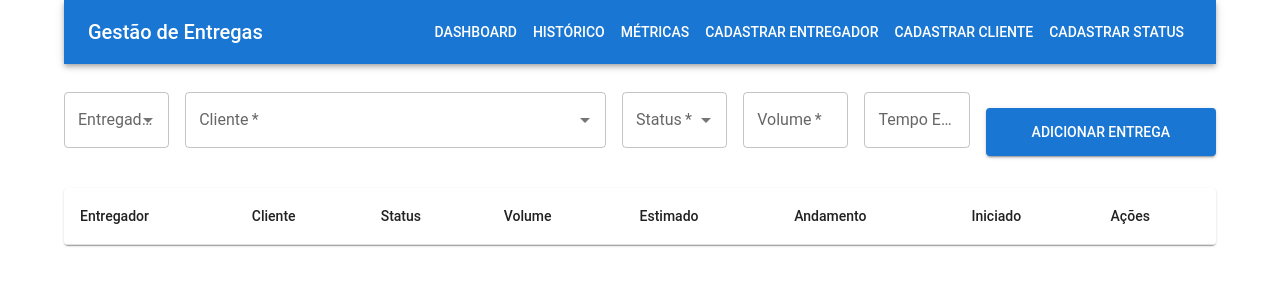
Repository: feliperanon/mobilegestao
Page: /dashboard (app in frontend/)
An editor plug-in stored every save of this project. The page is shown before and after the next save, followed by the edit.
The browser window is 1280 px wide. The pictures show the whole page.
The page's requests for data from a server got no answer. The project was rebuilt for these pictures with package versions that can differ from the ones it lists, and the page was loaded fresh each time. No one was signed in, and anything a server would have sent is missing. Also part of the build but not shown: frontend/webpack.config.js, frontend/src/pages/Home.js, frontend/src/pages/History.js, frontend/src/pages/Analysis.js, frontend/src/components/Login.js, frontend/src/components/Register.js, frontend/src/components/AddEntregador.js, frontend/src/components/AddCliente.js and 2 more.

Above is the page before, as saved 2024-07-20 20:27:29.

### frontend/public/index.html
<!-- frontend/public/index.html -->

<!DOCTYPE html>
<html lang="en">
<head>
    <meta charset="UTF-8">
    <meta name="viewport" content="width=device-width, initial-scale=1.0">
    <title>Mobile Gestão</title>
</head>
<body>
    <div id="root"></div>
</body>
</html>

### frontend/src/index.js
import React from 'react';
import { createRoot } from 'react-dom/client';
import { BrowserRouter as Router, Route, Routes } from 'react-router-dom';
import { ThemeProvider, createTheme } from '@mui/material/styles';
import CssBaseline from '@mui/material/CssBaseline';
import Home from './pages/Home';
import History from './pages/History';
import Analysis from './pages/Analysis';
import Dashboard from './components/Dashboard';
import Login from './components/Login';
import Register from './components/Register';
import AddEntregador from './components/AddEntregador';
import AddCliente from './components/AddCliente';
import AddStatus from './components/AddStatus';
import Metrics from './components/Metrics';

const theme = createTheme({
  palette: {
    primary: {
      main: '#1976d2',
    },
    secondary: {
      main: '#dc004e',
    },
  },
  typography: {
    fontFamily: 'Roboto, Arial, sans-serif',
  },
});

const container = document.getElementById('root');
const root = createRoot(container);

root.render(
  <ThemeProvider theme={theme}>
    <CssBaseline />
    <Router>
      <Routes>
        <Route path="/" element={<Home />} />
        <Route path="/login" element={<Login />} />
        <Route path="/register" element={<Register />} />
        <Route path="/dashboard" element={<Dashboard />} />
        <Route path="/history" element={<History />} />
        <Route path="/analysis" element={<Analysis />} />
        <Route path="/metrics" element={<Metrics />} />
        <Route path="/add-entregador" element={<AddEntregador />} />
        <Route path="/add-cliente" element={<AddCliente />} />
        <Route path="/add-status" element={<AddStatus />} />
      </Routes>
    </Router>
  </ThemeProvider>
);

### frontend/src/components/Dashboard.js
import React, { useEffect, useState } from 'react';
import axios from 'axios';
import {
  Container,
  Typography,
  Box,
  Button,
  Table,
  TableBody,
  TableCell,
  TableContainer,
  TableHead,
  TableRow,
  Paper,
  IconButton,
  Dialog,
  DialogActions,
  DialogContent,
  DialogContentText,
  DialogTitle,
  TextField,
} from '@mui/material';
import Autocomplete from '@mui/material/Autocomplete';
import EditIcon from '@mui/icons-material/Edit';
import DeleteIcon from '@mui/icons-material/Delete';
import DoneIcon from '@mui/icons-material/Done';
import Navigation from './Navigation';

const Dashboard = () => {
  const [deliveries, setDeliveries] = useState([]);
  const [entregadores, setEntregadores] = useState([]);
  const [clientes, setClientes] = useState([]);
  const [statusList, setStatusList] = useState([]);
  const [entregador, setEntregador] = useState(null);
  const [cliente, setCliente] = useState(null);
  const [status, setStatus] = useState(null);
  const [volume, setVolume] = useState('');
  const [tempoEstimado, setTempoEstimado] = useState('');
  const [editDialogOpen, setEditDialogOpen] = useState(false);
  const [editDeliveryId, setEditDeliveryId] = useState(null);
  const [editEntregador, setEditEntregador] = useState(null);
  const [deleteDialogOpen, setDeleteDialogOpen] = useState(false);
  const [deleteDeliveryId, setDeleteDeliveryId] = useState(null);

  useEffect(() => {
    const fetchData = async () => {
      const deliveriesRes = await axios.get('http://localhost:5008/api/deliveries');
      const updatedDeliveries = deliveriesRes.data.map(delivery => ({
        ...delivery,
        tempoEmAndamento: Math.floor((Date.now() - new Date(delivery.iniciado)) / 60000)
      }));
      setDeliveries(updatedDeliveries);

      const entregadoresRes = await axios.get('http://localhost:5008/api/lists/entregadores');
      setEntregadores(entregadoresRes.data);

      const clientesRes = await axios.get('http://localhost:5008/api/lists/clientes');
      setClientes(clientesRes.data);

      const statusRes = await axios.get('http://localhost:5008/api/lists/status');
      setStatusList(statusRes.data);
    };

    fetchData();

    const intervalId = setInterval(() => {
      setDeliveries((prevDeliveries) =>
        prevDeliveries.map((delivery) => ({
          ...delivery,
          tempoEmAndamento: Math.floor((Date.now() - new Date(delivery.iniciado)) / 60000)
        }))
      );
    }, 60000);

    return () => clearInterval(intervalId);
  }, []);

  const handleSubmit = async (e) => {
    e.preventDefault();
    if (!entregador || !cliente || !status) {
      alert('Por favor, preencha todos os campos obrigatórios.');
      return;
    }
    try {
      const res = await axios.post('http://localhost:5008/api/deliveries', {
        entregador: entregador?.nome,
        cliente: cliente?.nome,
        status: status?.nome,
        volume,
        tempoEstimado,
      });
      setDeliveries([{
        ...res.data,
        tempoEmAndamento: 0
      }, ...deliveries]);
      setEntregador(null);
      setCliente(null);
      setStatus(null);
      setVolume('');
      setTempoEstimado('');
    } catch (err) {
      console.error(err);
    }
  };

  const handleEditSubmit = async (e) => {
    e.preventDefault();
    try {
      await axios.patch(`http://localhost:5008/api/deliveries/${editDeliveryId}`, { entregador: editEntregador?.nome });
      const updatedDeliveries = deliveries.map((delivery) =>
        delivery._id === editDeliveryId ? { ...delivery, entregador: editEntregador?.nome } : delivery
      );
      setDeliveries(updatedDeliveries);
      setEditDialogOpen(false);
      setEditDeliveryId(null);
      setEditEntregador(null);
    } catch (err) {
      console.error(err);
    }
  };

  const handleFinalize = async (id) => {
    try {
      await axios.patch(`http://localhost:5008/api/deliveries/${id}/finalize`);
      const updatedDeliveries = deliveries.filter((delivery) => delivery._id !== id);
      setDeliveries(updatedDeliveries);
    } catch (err) {
      console.error(err);
    }
  };

  const handleDelete = async (id) => {
    try {
      await axios.delete(`http://localhost:5008/api/deliveries/${id}`);
      const updatedDeliveries = deliveries.filter((delivery) => delivery._id !== id);
      setDeliveries(updatedDeliveries);
      closeDeleteDialog();
    } catch (err) {
      console.error(err);
    }
  };

  const openEditDialog = (id, currentEntregador) => {
    setEditDeliveryId(id);
    setEditEntregador({ nome: currentEntregador });
    setEditDialogOpen(true);
  };

  const openDeleteDialog = (id) => {
    setDeleteDeliveryId(id);
    setDeleteDialogOpen(true);
  };

  const closeEditDialog = () => {
    setEditDialogOpen(false);
    setEditDeliveryId(null);
    setEditEntregador(null);
  };

  const closeDeleteDialog = () => {
    setDeleteDialogOpen(false);
    setDeleteDeliveryId(null);
  };

  return (
    <Container>
      <Navigation />
      <Typography variant="h4" component="h1" gutterBottom>
              </Typography>
      <Box component="form" onSubmit={handleSubmit} sx={{ mb: 4, display: 'flex', flexDirection: 'row', flexWrap: 'wrap', gap: 2 }}>
        <Autocomplete
          options={entregadores}
          getOptionLabel={(option) => option.nome}
          value={entregador}
          onChange={(event, newValue) => setEntregador(newValue)}
          renderInput={(params) => <TextField {...params} label="Entregador" margin="normal" fullWidth required />}
          sx={{ flex: 1 }}
        />
        <Autocomplete
          options={clientes}
          getOptionLabel={(option) => option.nome}
          value={cliente}
          onChange={(event, newValue) => setCliente(newValue)}
          renderInput={(params) => <TextField {...params} label="Cliente" margin="normal" fullWidth required />}
          sx={{ flex: 4 }}
        />
        <Autocomplete
          options={statusList}
          getOptionLabel={(option) => option.nome}
          value={status}
          onChange={(event, newValue) => setStatus(newValue)}
          renderInput={(params) => <TextField {...params} label="Status" margin="normal" fullWidth required />}
          sx={{ flex: 1 }}
        />
        <TextField
          label="Volume"
          type="number"
          value={volume}
          onChange={(e) => setVolume(e.target.value)}
          fullWidth
          required
          margin="normal"
          sx={{ flex: 1 }}
        />
        <TextField
          label="Tempo Estimado (minutos)"
          type="number"
          value={tempoEstimado}
          onChange={(e) => setTempoEstimado(e.target.value)}
          fullWidth
          required
          margin="normal"
          sx={{ flex: 1 }}
        />
        <Button type="submit" variant="contained" color="primary" sx={{ mt: 4, flexBasis: '20%' }}>
          Adicionar Entrega
        </Button>
      </Box>
      <TableContainer component={Paper}>
        <Table>
          <TableHead>
            <TableRow>
              <TableCell>Entregador</TableCell>
              <TableCell>Cliente</TableCell>
              <TableCell>Status</TableCell>
              <TableCell>Volume</TableCell>
              <TableCell>Estimado</TableCell>
              <TableCell>Andamento</TableCell>
              <TableCell>Iniciado</TableCell>
              <TableCell>Ações</TableCell>
            </TableRow>
          </TableHead>
          <TableBody>
            {deliveries.map((delivery) => (
              <TableRow key={delivery._id}>
                <TableCell>{delivery.entregador}</TableCell>
                <TableCell>{delivery.cliente}</TableCell> {/* Tratamento como string */}
                <TableCell>{delivery.status}</TableCell>
                <TableCell>{delivery.volume}</TableCell>
                <TableCell>{delivery.tempoEstimado}</TableCell>
                <TableCell>{delivery.tempoEmAndamento}</TableCell>
                <TableCell>{new Date(delivery.iniciado).toLocaleString()}</TableCell>
                <TableCell>
                  <IconButton onClick={() => openEditDialog(delivery._id, delivery.entregador)}>
                    <EditIcon />
                  </IconButton>
                  <IconButton onClick={() => handleFinalize(delivery._id)}>
                    <DoneIcon />
                  </IconButton>
                  <IconButton onClick={() => openDeleteDialog(delivery._id)}>
                    <DeleteIcon />
                  </IconButton>
                </TableCell>
              </TableRow>
            ))}
          </TableBody>
        </Table>
      </TableContainer>

      <Dialog open={editDialogOpen} onClose={closeEditDialog}>
        <DialogTitle>Editar Entregador</DialogTitle>
        <DialogContent>
          <DialogContentText>Selecione um novo entregador para a entrega.</DialogContentText>
          <Autocomplete
            options={entregadores}
            getOptionLabel={(option) => option.nome}
            value={editEntregador}
            onChange={(event, newValue) => setEditEntregador(newValue)}
            renderInput={(params) => <TextField {...params} label="Entregador" margin="normal" fullWidth required />}
          />
        </DialogContent>
        <DialogActions>
          <Button onClick={closeEditDialog}>Cancelar</Button>
          <Button onClick={handleEditSubmit} color="primary">Salvar</Button>
        </DialogActions>
      </Dialog>

      <Dialog open={deleteDialogOpen} onClose={closeDeleteDialog}>
        <DialogTitle>Confirmar Exclusão</DialogTitle>
        <DialogContent>
          <DialogContentText>Tem certeza de que deseja excluir esta entrega?</DialogContentText>
        </DialogContent>
        <DialogActions>
          <Button onClick={closeDeleteDialog}>Cancelar</Button>
          <Button onClick={() => handleDelete(deleteDeliveryId)} color="primary">Excluir</Button>
        </DialogActions>
      </Dialog>
    </Container>
  );
};

export default Dashboard;

### frontend/src/components/Navigation.js
import React from 'react';
import { Link } from 'react-router-dom';
import { AppBar, Toolbar, Typography, Button } from '@mui/material';

const Navigation = () => {
  return (
    <AppBar position="static">
      <Toolbar>
        <Typography variant="h6" sx={{ flexGrow: 1 }}>
          Gestão de Entregas
        </Typography>
        <Button color="inherit" component={Link} to="/dashboard">Dashboard</Button>
        <Button color="inherit" component={Link} to="/history">Histórico</Button>
        <Button color="inherit" component={Link} to="/metrics">Métricas</Button>
        <Button color="inherit" component={Link} to="/add-entregador">Cadastrar Entregador</Button>
        <Button color="inherit" component={Link} to="/add-cliente">Cadastrar Cliente</Button>
        <Button color="inherit" component={Link} to="/add-status">Cadastrar Status</Button>
      </Toolbar>
    </AppBar>
  );
};

export default Navigation;

After the next save:
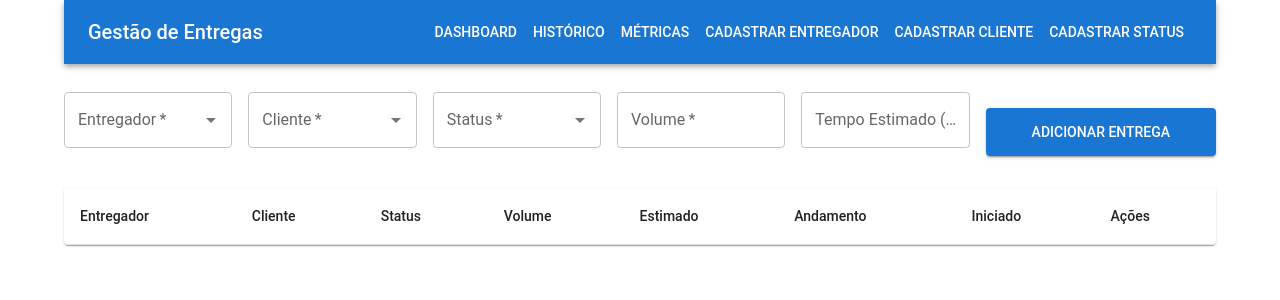
Saved 18 s later.
--- a/frontend/src/components/Dashboard.js
+++ b/frontend/src/components/Dashboard.js
@@ -182,7 +182,7 @@ const Dashboard = () => {
           value={cliente}
           onChange={(event, newValue) => setCliente(newValue)}
           renderInput={(params) => <TextField {...params} label="Cliente" margin="normal" fullWidth required />}
-          sx={{ flex: 4 }}
+          sx={{ flex: 1 }}
         />
         <Autocomplete
           options={statusList}
